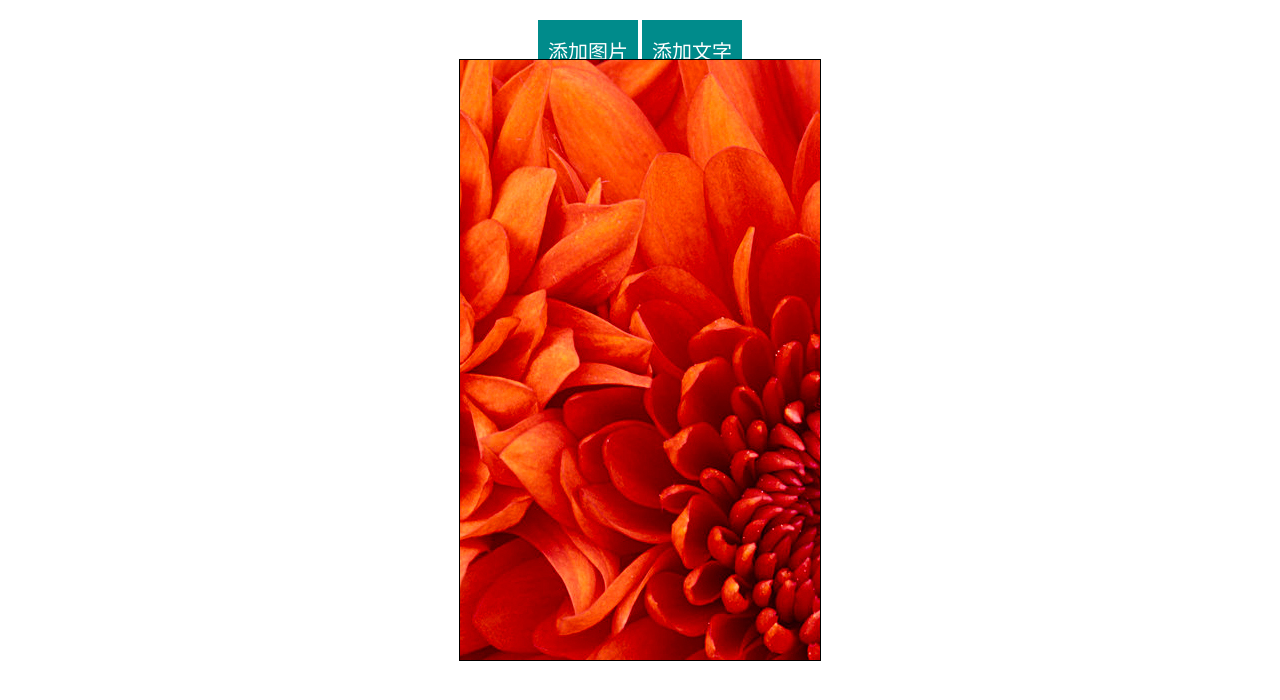
Repository: Xekin-FE/canvas-image-editor
Page: index.html
These files come from the project's save history. The page is drawn as it stood at one moment and after the next save; the edit follows.
The browser window is 1280 px wide. The pictures show the whole page.
After loading, the first visible `button` was clicked once.

Above is the page before, as saved 2018-12-14 15:36:09.

After the next save:
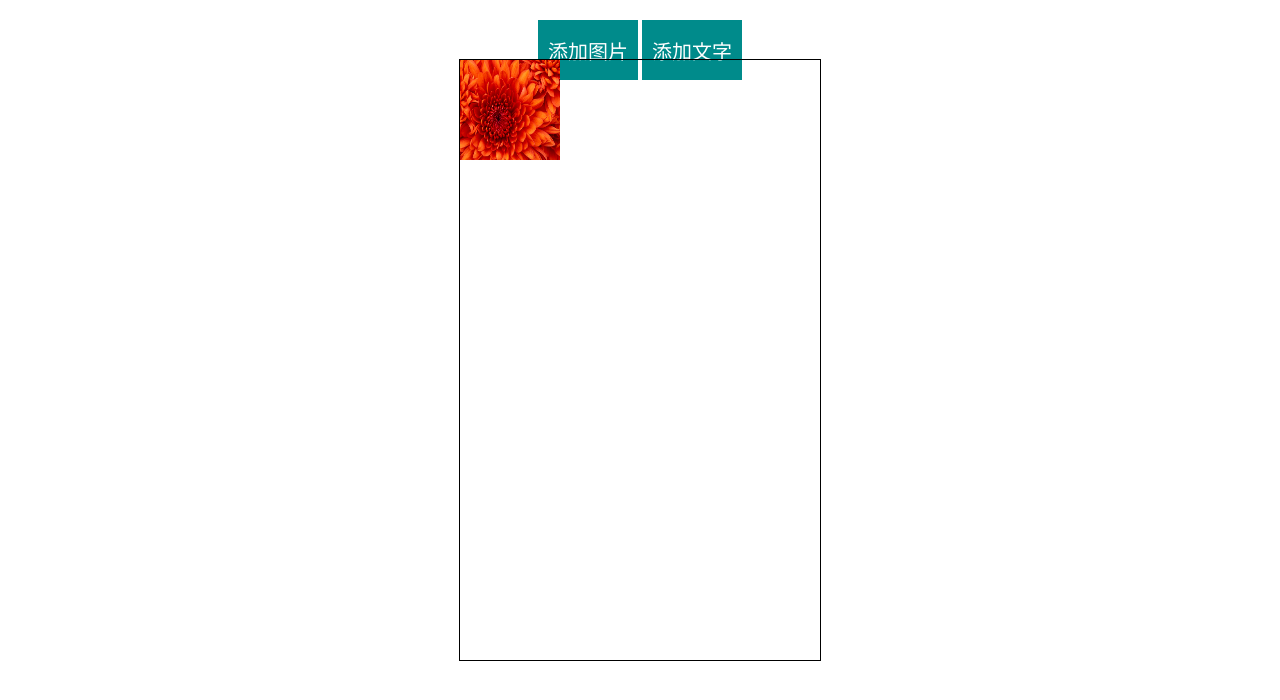
Saved 2 min 21 s later.
--- a/index.html
+++ b/index.html
@@ -23,8 +23,8 @@
             let img = new Image()
             img.src = './static/image/test1.jpg'
             img.onload = () => {
-                img.maxWidth = can.width;
-                ctx.drawImage(img, 0, 0)
+                img.width = can.width;
+                ctx.drawImage(img, 0, 0, 100, 100)
                 ctx.save();
             }
             console.log('addImage')
